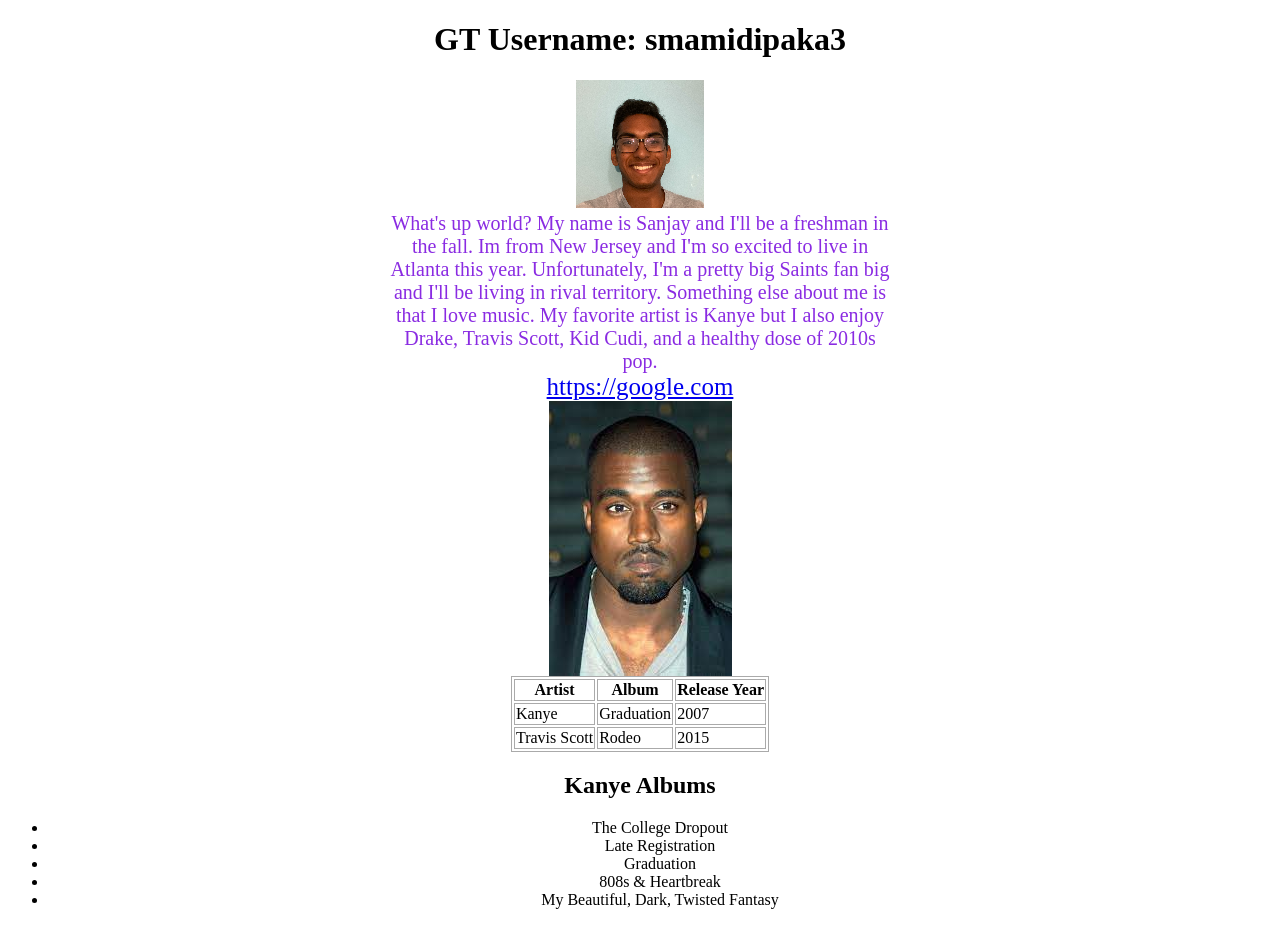
Repository: sanjayMamidipaka/cs1301
Page: lab01/index.html
An editor plug-in stored every save of this project. The page is shown before and after the next save, followed by the edit.
The browser window is 1280 px wide. The pictures show the whole page.

Above is the page before, as saved 2021-07-22 17:06:36.

After the next save:
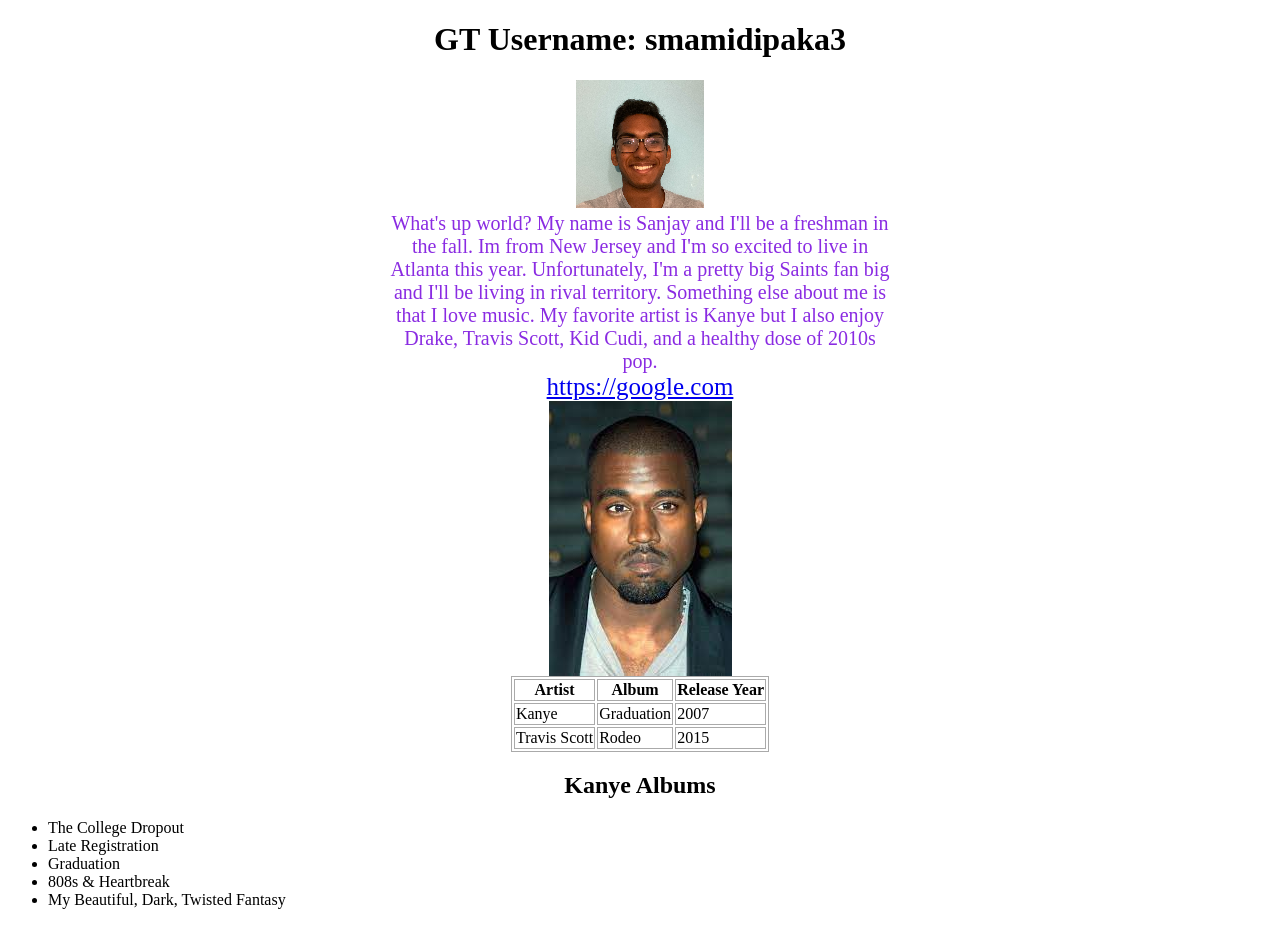
Saved 17 s later.
--- a/lab01/style.css
+++ b/lab01/style.css
@@ -30,6 +30,6 @@
     text-align: center;
 }
 
-.list {
+.listdiv {
     text-align: center;
 }
